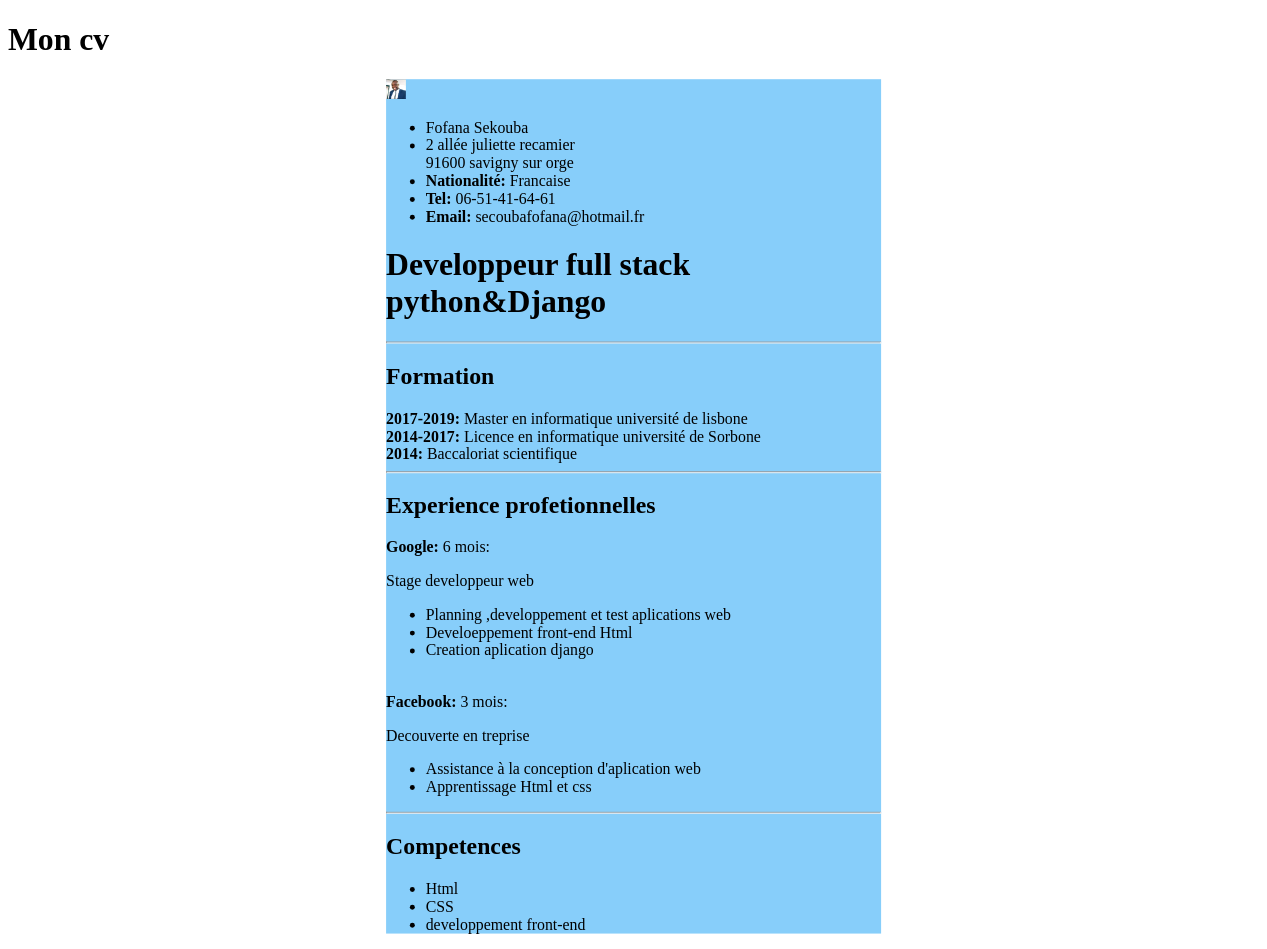
Repository: lamdakara/cv-html
Page: index.html
These files come from the project's save history. The page is drawn as it stood at one moment and after the next save; the edit follows.
The browser window is 1280 px wide. The pictures show the whole page, at 99% of full size.
Some web libraries are served in a nearby version.

Above is the page before, as saved 2023-08-26 13:34:46.

After the next save:
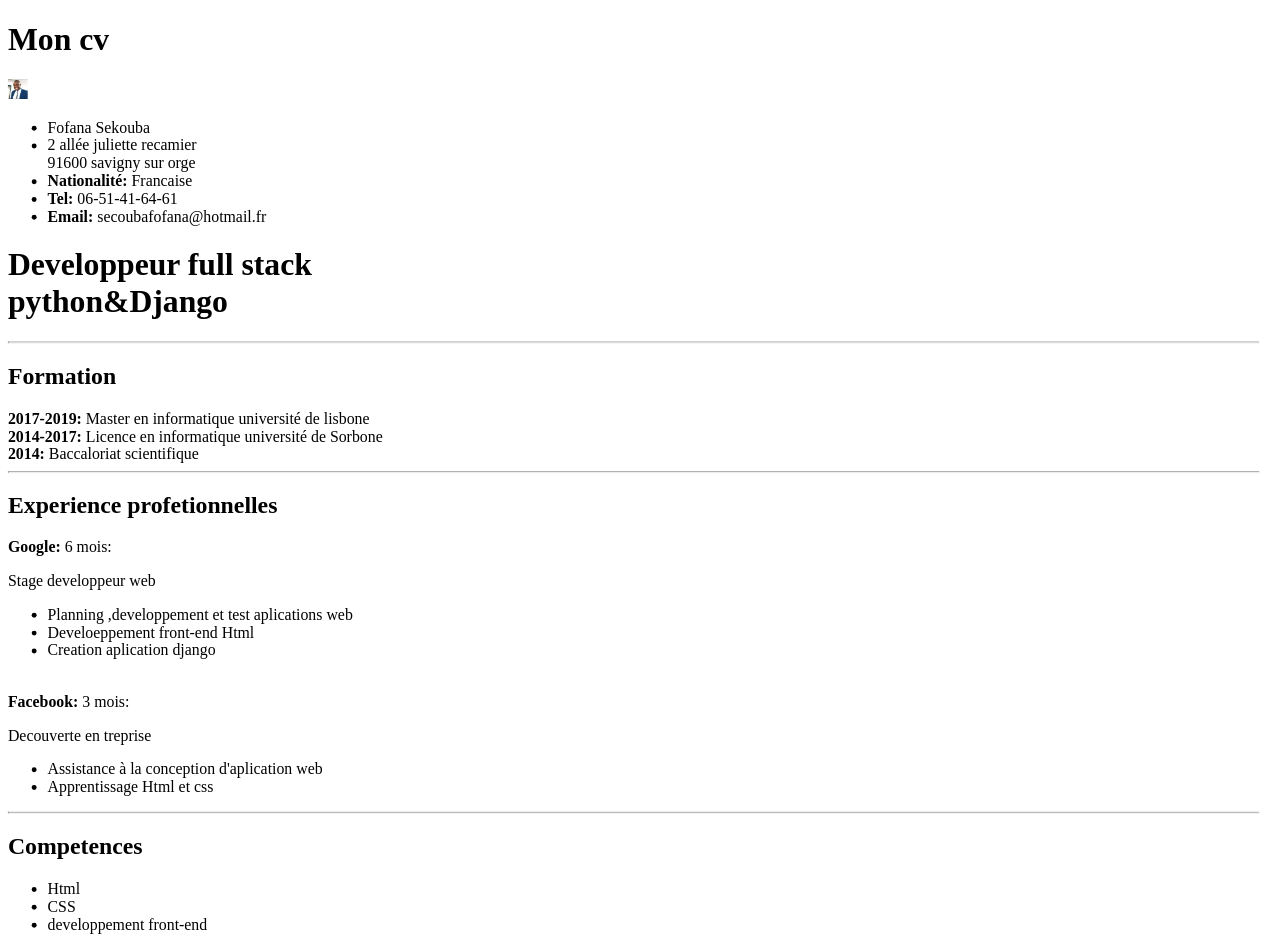
Saved 2 min 49 s later.
--- a/css/style.css
+++ b/css/style.css
@@ -1,4 +1,4 @@
-.contenue{
+.contenu{
     width: 500px;
     margin: 10px auto;
     background-color: lightskyblue;
